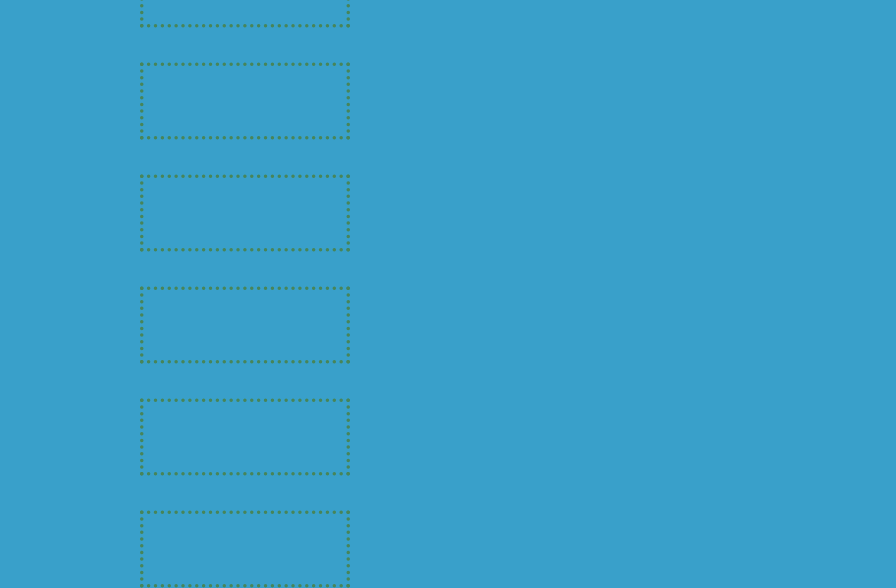
Repository: kellysciandra/beattree
Page: /
These files come from the project's save history. The page is drawn as it stood at one moment and after the next save; the edit follows.
The browser window is 1280 px wide. The pictures show the part of the page from y = 1028 to 2948 px (the page is 1868 px tall before and 5068 px after), at 70% of full size.
The project was rebuilt for these pictures with package versions that can differ from the ones it lists, and the page was loaded fresh each time. Also part of the build but not shown: src/components/artist/Artist.js, src/components/signup/Signup.js, src/components/producer/Producer.js, src/components/MusicSection.js, src/components/signup/ArtistSignup.js, src/components/signup/ProducerSignup.js.

Above is the page before, as saved 2019-12-22 10:25:40.

### public/index.html
<!DOCTYPE html>
<html lang="en">
  <head>
    <meta charset="utf-8" />
    <link rel="icon" href="%PUBLIC_URL%/favicon.ico" />
    <meta name="viewport" content="width=device-width, initial-scale=1" />
    <meta name="theme-color" content="#000000" />
    <meta
      name="description"
      content="Web site created using create-react-app"
    />
    <link rel="apple-touch-icon" href="%PUBLIC_URL%/logo192.png" />
    <link href="https://fonts.googleapis.com/css?family=IBM+Plex+Serif&display=swap" rel="stylesheet">
    <link href="https://fonts.googleapis.com/css?family=Alegreya:400,900&display=swap" rel="stylesheet">
    <!--
      manifest.json provides metadata used when your web app is installed on a
      user's mobile device or desktop. See https://developers.google.com/web/fundamentals/web-app-manifest/
    -->
    <link rel="manifest" href="%PUBLIC_URL%/manifest.json" />
    <!--
      Notice the use of %PUBLIC_URL% in the tags above.
      It will be replaced with the URL of the `public` folder during the build.
      Only files inside the `public` folder can be referenced from the HTML.

      Unlike "/favicon.ico" or "favicon.ico", "%PUBLIC_URL%/favicon.ico" will
      work correctly both with client-side routing and a non-root public URL.
      Learn how to configure a non-root public URL by running `npm run build`.
    -->
    <title>React App</title>
  </head>
  <body>
    <noscript>You need to enable JavaScript to run this app.</noscript>
    <div id="root"></div>
    <!--
      This HTML file is a template.
      If you open it directly in the browser, you will see an empty page.

      You can add webfonts, meta tags, or analytics to this file.
      The build step will place the bundled scripts into the <body> tag.

      To begin the development, run `npm start` or `yarn start`.
      To create a production bundle, use `npm run build` or `yarn build`.
    -->
  </body>
</html>

### src/App.js
import React from 'react';
import { BrowserRouter as Router, Route} from 'react-router-dom'

//components
import Home from './components/layout/Home'
import NavBar from './components/layout/NavBar'
import Artist from './components/artist/Artist'
import Signup from './components/signup/Signup'
import MusicSection from './components/MusicSection'
import ArtistSignup from './components/signup/ArtistSignup'
import ProducerSignup from './components/signup/ProducerSignup'

//css
import './css/style.scss'


const App = (props) => {
  return (
    <Router>
      <div>
        <NavBar />
        <Route exact path="/" component={Home}/>
        <Route exact path="/signup" component={Signup} />
        <Route exact path="/signup/artist" component={ArtistSignup}/>
        <Route exact path="/signup/producer" component={ProducerSignup}/>
        <Route exact path="/artist" component={Artist}/>
        <Route exact path="/producer" component={MusicSection}/>
      </div>
    </Router>
  )
}

export default App

### src/components/layout/Home.js
import React, { Component } from 'react'

import { NavLink } from 'react-router-dom'

export default class Header extends Component {
    constructor(props) {
        super(props)

        this.state = {

        }
    }

    render() {
        return (
            <div>
                <h2 className= "logo"> BeatTree</h2>
                    <div className='container-1'>

                    </div>
                    <div className='container-1'>

                    </div>
                    <div className='container-1'>

                    </div>
                    <div className='container-1'>

                    </div>
                    <div className='container-1'>

                    </div>
                    <div className='container-1'>

                    </div>
                    <div className='container-2'>

                    </div>
                    <div className='container-2'>

                    </div>
                    <div className='container-2'>

                    </div>
                    <div className='container-2'>

                    </div>
             </div>

        )
    }
}

### src/components/layout/NavBar.js
import React from 'react'
import { NavLink } from 'react-router-dom'
import Navbar from 'react-bootstrap/Navbar'


const NavBar = () => {
    return (
        <div className='nav-bar'>
        <Navbar expand="sm" variant="light">
          <Navbar.Brand href="#">BeatTree</Navbar.Brand>

            <NavLink to='/' style={{ marginRight: 10 }}>Home </NavLink>
            <NavLink to="/signup/artist" style={{ marginRight: 10 }}>Artist</NavLink>
            <NavLink to="/signup/producer" style={{ marginRight: 10 }}>Producer</NavLink>
      </Navbar>
      </div>
    )
}

export default NavBar

### src/css/style.scss
@import url('https://fonts.googleapis.com/css?family=Roboto:300,400,700');

* {
  text-align: center;
  margin: 0;
  padding: 0;
  -webkit-box-sizing: border-box;
  -moz-box-sizing: border-box;
  box-sizing: border-box;
  background-color:#39a0ca
}

html {
  font-size: 16px;
  font-family: 'IBM Plex Serif', serif;
}

@media screen and (max-width: 500px) {
  html {
    font-size: 10px;
  }
}

.container-1 {
  display: grid;
  /* margin to make it look good */
  background-origin: padding-box;
  border: dotted 1px #eee;
  width: 300px;
  border: 5px dotted #478559;
  padding: 50px;
  margin-left: 200px;
  margin-top: 50px
}
.container-2 {
  display: grid;
  /* margin to make it look good */
  background-origin: padding-box;
  border: dotted 1px #eee;
  width: 300px;
  border: 5px dotted #478559;
  padding: 50px;
  margin-left: 200px;
  margin-top: 50px
}


.title {
  background-color: #ab14ab;
  color: #fff;
  padding: 1em;

  grid-row: 1;
}

.italic {
  font-style: italic;
}

.caption {
  text-transform: uppercase;
  font-weight: 300;
}

/* Music Panel related */

.music-panel {
  display: grid;
  grid-template-columns: 1fr;
}

.nav-bar {
  text-align: center;
  font-family: 'Alegreya', serif;
  margin-top: 20px;
  margin-left: 30px;
  font-size: 20px;
  display: flex;
  justify-content: space-around;
  background-color: #f95d9b
}

li {
  list-style: none;
  display: inline-block;
}

.links {
  padding: 1em;
  text-decoration: none;
  color: #ab14ab;
}


.link-div {
  text-transform: uppercase;
  padding: 1em;
  text-align: center;
}

.link-div:hover,
.link-div:focus,
.link-div:active {
  border-bottom: solid 4px #ab14ab;
}

.active-link {
  border-bottom: solid 4px #ab14ab;
}

/* Song Panel related */
.show-songs {
  padding: 1em;
  height: 70vh;
}

.song-list {
  height: 80%;
  overflow-y: auto;
}

/* Search bar related */

.search-bar {
  margin: 1em;
}

.search-div {
  color: #ab14ab;
  font-size: 1em;
  position: relative;
}

.search-box {
  visibility: hidden;
  letter-spacing: 1px;
  padding: 1em;
  height: 40px;
}

.search-icon {
  position: absolute;
  top: 40%;
  left: -4px;
  color: #ab14ab;
}

.search-div:hover {
  cursor: pointer;
}

.search-div:hover .search-box {
  visibility: visible;
}

.search-div:hover .close-icon {
  visibility: visible;
}


.close-icon {
  position: absolute;
  right: 0;
  top: 40%;
  visibility: hidden;
  color: #bbb;
}

.close-icon:hover {
  cursor: pointer;
}

input[type=text] {
  width: 100%;
  border: 0;
  outline: 0;
}

input[type=text]:hover  {
  cursor: pointer;
}


input[type=text]:focus  {
  border-bottom: solid 2px #ab14ab;
}


/* song info related */
.song-info {
  display: grid;
  grid-template-columns: 1fr 1fr 1fr;
  border-bottom: solid 1px #ddd;
  margin-bottom: 1em;
  padding: 1em;
  grid-gap: 1em;
}

.song-info:hover {
  background-color: #eee;
  box-shadow: 1px 1px 15px rgba(0, 0, 0, .5);
}

.song-name {
  font-size: 1em;
  padding: 1px;
}


.song-artist {
  font-size: 0.7em;
}

.song-rating {
  font-size: 0.7em;
}

.movie-info {
  width: 100px;
  text-overflow: ellipsis;
  overflow: hidden;
  white-space: nowrap;
  display: inline-block;
}


/* Popover related */
.popover {
  position: relative;
  display: inline-block;
  padding: 10px;
}

.popover-icon {
  color: #ab14ab;
  cursor: pointer;
}

.popover-content {
  display: none;
  background-color: #eee;
  padding: 1em;

  position: absolute;
  z-index: 1;
  top: -29px;
  left: 23px;

  border-radius: 2px;
  font-size: 1.3rem;

  width: 200px;
  opacity: .8;
  border: 1px solid #ddd;
}

.popover-content::before {
  content: '';
  border-bottom: solid 10px transparent;
  border-top: solid 10px transparent;
  border-right: solid 10px #eee;
  position: absolute;
  left: -8px;
  top: 36%;

}

.popover:hover .popover-content {
  display: block;
}

/* audio related */
audio {
  width: 200px;
}

@media screen and (max-width: 500px) {
  .popover-content::before {
    content: '';
    border-bottom: solid 10px transparent;
    border-top: solid 10px transparent;
    border-right: solid 10px #eee;
    position: absolute;
    left: -8px;
    top: 25%;
  }

  .popover-content {
    display: none;
    background-color: #eee;
    padding: 1em;

    position: absolute;
    z-index: 1;
    top: -13px;
    left: 21px;

    border-radius: 2px;
    font-size: 1.3rem;

    width: 150px;
    opacity: .8;
    border: 1px solid #ddd;
  }

  audio {
    width: 150px;
  }

  .movie-info {
    width: 20px;
  }
}

@media screen and (max-width: 320px) {
  .movie-info {
    width: 10px;
  }

  audio {
    width: 90px;
  }
}

.popover-info {
  display: block;
  font-size: .5em;
}

/* Stars related */
.star {
  padding: 0.2em;
  cursor: pointer;
}

.checked {
  color: #ab14ab;
}

.unchecked {
  color: #eee;
}


/* scrollbar related */
::-webkit-scrollbar {
  width: 10px;
}

::-webkit-scrollbar-thumb {
  border-radius: 8px;
  background-color: #ddd;
}

.login {
  border-radius: 25px;
  border-width: 10px;
  white-space: nowrap;
  padding: 5em;
  box-shadow: 1px 1px 15px rgba(0, 0, 0, .5);
  display: inline-block;
  font-family: 'Alegreya', serif;
}



.logo {
  font-family: 'Alegreya', serif;
  font-size: 10em;
}

Loaded but not shown: src/index.js (common file); src/serviceWorker.js (common file)

After the next save:
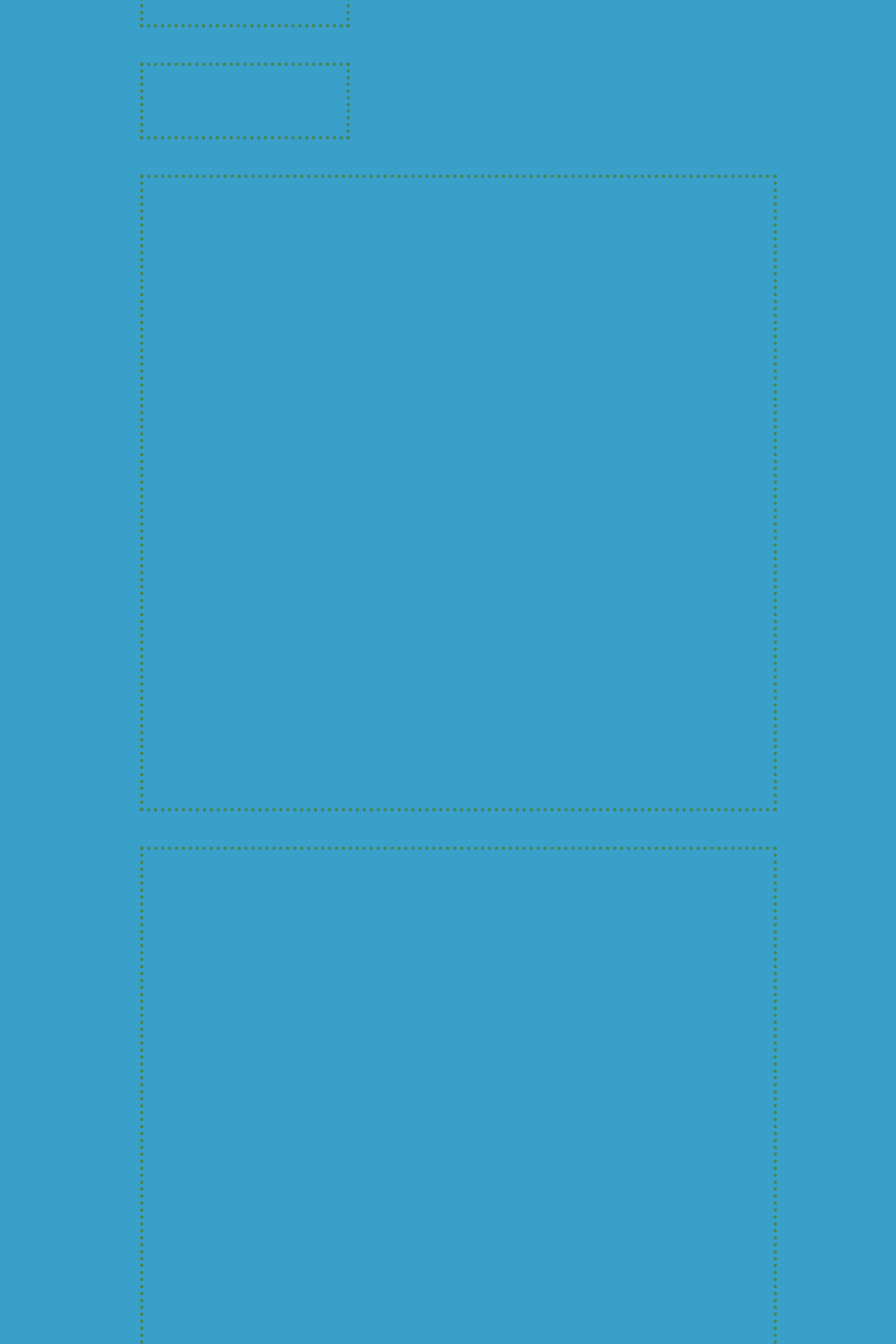
Saved 28 s later.
--- a/src/css/style.scss
+++ b/src/css/style.scss
@@ -39,7 +39,7 @@
   border: dotted 1px #eee;
   width: 300px;
   border: 5px dotted #478559;
-  padding: 50px;
+  padding: 450px;
   margin-left: 200px;
   margin-top: 50px
 }

After the save that followed:
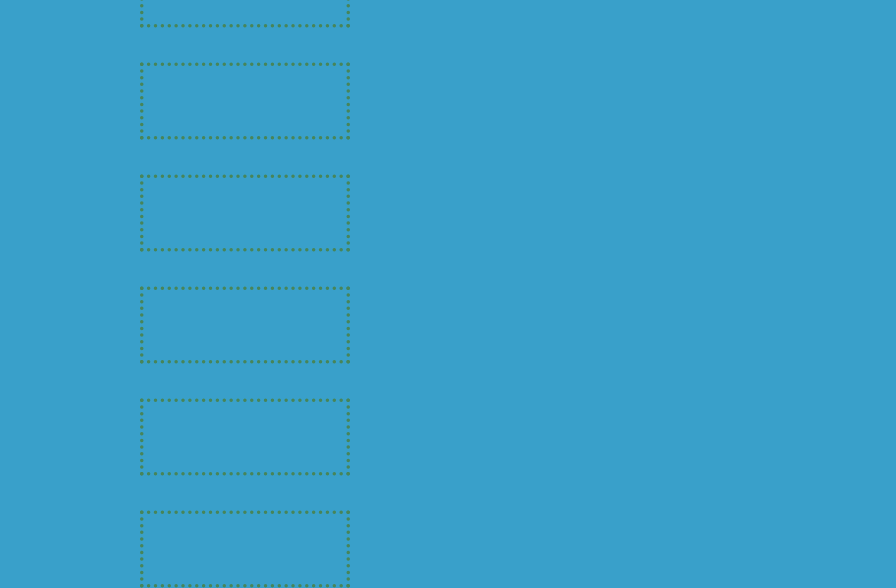
Saved 6 s later.
--- a/src/css/style.scss
+++ b/src/css/style.scss
@@ -39,7 +39,7 @@
   border: dotted 1px #eee;
   width: 300px;
   border: 5px dotted #478559;
-  padding: 450px;
+  padding: 50px;
   margin-left: 200px;
   margin-top: 50px
 }
